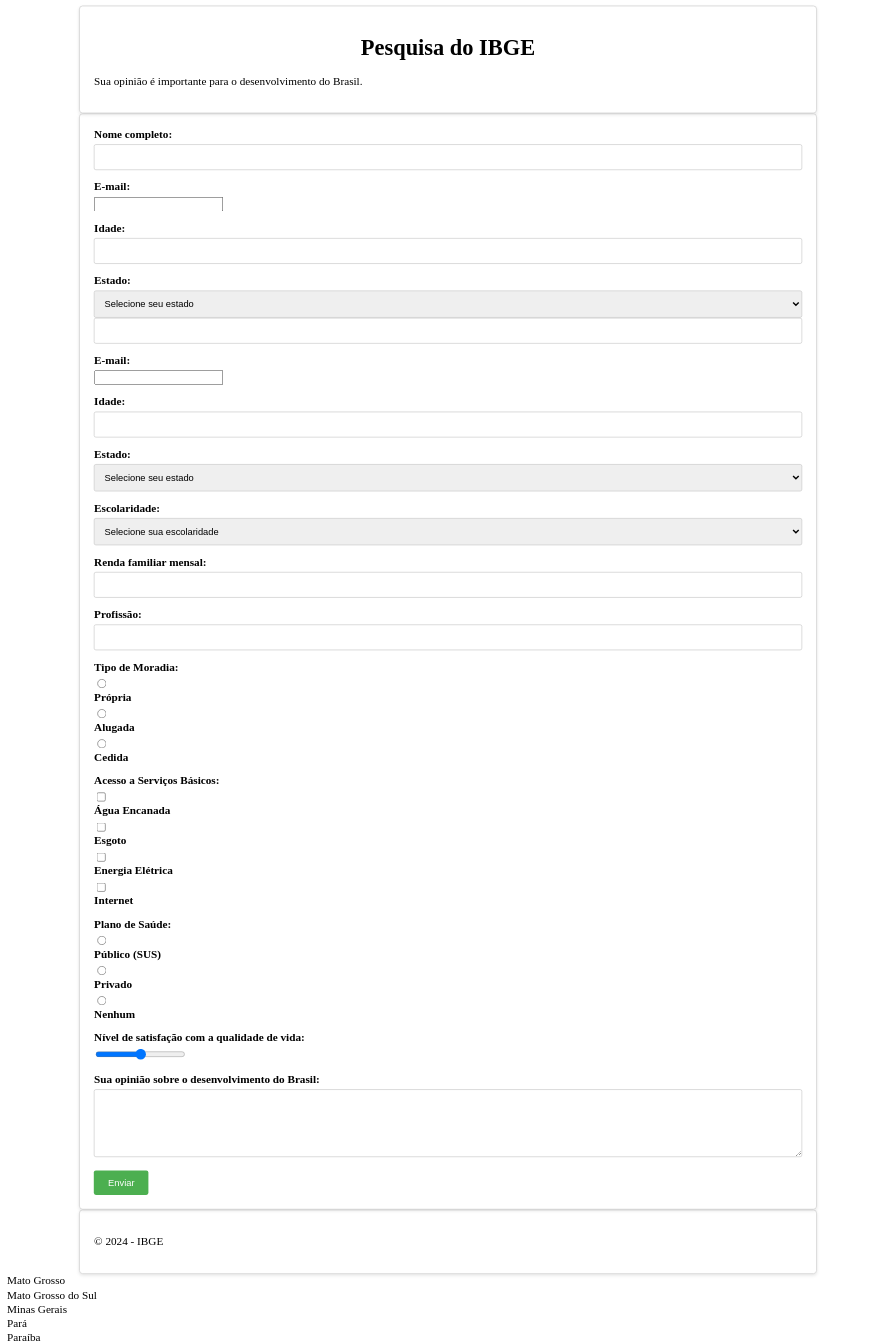
Repository: Gabrielb0rn/Projeto-Formul-rio.io
Page: index.html
The author's editor kept a copy of each file at every save. The page is drawn from the files as they stood at one save, then again after the next save.
The browser window is 1280 px wide. The pictures show the part of the page from y = 0 to 1920 px (the page is 2650 px tall before and 2378 px after), at 70% of full size.

Above is the page before, as saved 2024-06-27 11:45:20.
Not found: assets/script.js

### index.html

<!DOCTYPE html>
<html lang="pt-BR">
<head>
    <meta charset="UTF-8">
    <meta name="viewport" content="width=device-width, initial-scale=1.0">
    <title>Pesquisa do IBGE</title>
    <link rel="stylesheet" href="assets/style.css">
</head>
<body>
    <header>
        <div class="container">
            <h1>Pesquisa do IBGE</h1>
            <p>Sua opinião é importante para o desenvolvimento do Brasil.</p>
        </div>
    </header>
    <main>
        <div class="container">
            <form id="form">
                <div class="form-group">
                    <label for="nome">Nome completo:</label>
                    <input type="text" id="nome" name="nome" required>
                </div>
                <div class="form-group">
                    <label for="email">E-mail:</label>
                    <input type="email" id="email" name="email" required>
                </div>
                <div class="form-group">
                    <label for="idade">Idade:</label>
                    <input type="number" id="idade" name="idade" required>
                </div>
                <div class="form-group">
                    <label for="estado">Estado:</label>
                    <select id="estado" name="estado" required>
                        <option value="">Selecione seu estado</option>
                        <option value="AC">Acre</option>
                        <option value="AL">Alagoas</option>
                        <option value="AP">Amapá</option>
                        <option value="AM">Amazonas</option>
                        <option value="BA">Bahia</option>
                        <option value="CE">Ceará</option>
                        <option value="DF">Distrito Federal</option>
                        <option value="ES">Espírito Santo</option>
                        <option value="GO">Goiás</option>
                        <option value="MA">Maranhão</option><!DOCTYPE html>
                        <html lang="pt-BR">
                        <head>
                            <meta charset="UTF-8">
                            <meta name="viewport" content="width=device-width, initial-scale=1.0">
                            <title>Pesquisa do IBGE</title>
                            <link rel="stylesheet" href="assets/style.css">
                        </head>
                        <body>
                            <header>
                                <div class="container">
                                    <h1>Pesquisa do IBGE</h1>
                                    <p>Sua opinião é importante para o desenvolvimento do Brasil.</p>
                                </div>
                            </header>
                            <main>
                                <div class="container">
                                    <form id="form">
                                        <div class="form-group">
                                            <label for="nome">Nome completo:</label>
                                            <input type="text" id="nome" name="nome" required>
                                        </div>
                                        <div class="form-group">
                                            <label for="email">E-mail:</label>
                                            <input type="email" id="email" name="email" required>
                                        </div>
                                        <div class="form-group">
                                            <label for="idade">Idade:</label>
                                            <input type="number" id="idade" name="idade" required>
                                        </div>
                                        <div class="form-group">
                                            <label for="estado">Estado:</label>
                                            <select id="estado" name="estado" required>
                                                <option value="">Selecione seu estado</option>
                                                <option value="AC">Acre</option>
                                                </option>
                                                </select>
                                        </div>
                                        <div class="form-group">
                                            <label for="escolaridade">Escolaridade:</label>
                                            <select id="escolaridade" name="escolaridade" required>
                                                <option value="">Selecione sua escolaridade</option>
                                                <option value="Fundamental Incompleto">Fundamental Incompleto</option>
                                                <option value="Fundamental Completo">Fundamental Completo</option>
                                                <option value="Médio Incompleto">Médio Incompleto</option>
                                                <option value="Médio Completo">Médio Completo</option>
                                                <option value="Superior Incompleto">Superior Incompleto</option>
                                                <option value="Superior Completo">Superior Completo</option>
                                                <option value="Pós-Graduação">Pós-Graduação</option>
                                            </select>
                                        </div>
                                        <div class="form-group">
                                            <label for="renda">Renda familiar mensal:</label>
                                            <input type="number" id="renda" name="renda" required>
                                        </div>
                                        <div class="form-group">
                                            <label for="profissao">Profissão:</label>
                                            <input type="text" id="profissao" name="profissao">
                                        </div>
                                        <div class="form-group">
                                            <label>Tipo de Moradia:</label>
                                            <div>
                                                <input type="radio" id="propria" name="moradia" value="propria">
                                                <label for="propria">Própria</label>
                                            </div>
                                            <div>
                                                <input type="radio" id="alugada" name="moradia" value="alugada">
                                                <label for="alugada">Alugada</label>
                                            </div>
                                            <div>
                                                <input type="radio" id="cedida" name="moradia" value="cedida">
                                                <label for="cedida">Cedida</label>
                                            </div>
                                        </div>
                                        <div class="form-group">
                                            <label>Acesso a Serviços Básicos:</label>
                                            <div>
                                                <input type="checkbox" id="agua" name="servicos" value="agua">
                                                <label for="agua">Água Encanada</label>
                                            </div>
                                            <div>
                                                <input type="checkbox" id="esgoto" name="servicos" value="esgoto">
                                                <label for="esgoto">Esgoto</label>
                                            </div>
                                            <div>
                                                <input type="checkbox" id="energia" name="servicos" value="energia">
                                                <label for="energia">Energia Elétrica</label>
                                            </div>
                                            <div>
                                                <input type="checkbox" id="internet" name="servicos" value="internet">
                                                <label for="internet">Internet</label>
                                            </div>
                                        </div>
                                        <div class="form-group">
                                            <label>Plano de Saúde:</label>
                                            <div>
                                                <input type="radio" id="publico" name="saude" value="publico">
                                                <label for="publico">Público (SUS)</label>
                                            </div>
                                            <div>
                                                <input type="radio" id="privado" name="saude" value="privado">
                                                <label for="privado">Privado</label>
                                            </div>
                                            <div>
                                                <input type="radio" id="nenhum" name="saude" value="nenhum">
                                                <label for="nenhum">Nenhum</label>
                                            </div>
                                        </div>
                                        <div class="form-group">
                                            <label for="satisfacao">Nível de satisfação com a qualidade de vida:</label>
                                            <input type="range" id="satisfacao" name="satisfacao" min="1" max="5" required>
                                        </div>
                                        <div class="form-group">
                                            <label for="opiniao">Sua opinião sobre o desenvolvimento do Brasil:</label>
                                            <textarea id="opiniao" name="opiniao" rows="5" required></textarea>
                                        </div>
                                        <button type="submit">Enviar</button>
                                    </form>
                                </div>
                            </main>
                            <footer>
                                <div class="container">
                                    <p>&copy; 2024 - IBGE</p>
                                </div>
                            </footer>
                            <script src="assets/script.js"></script>
                        </body>
                        </html>

                        <option value="MT">Mato Grosso</option>
                        <option value="MS">Mato Grosso do Sul</option>
                        <option value="MG">Minas Gerais</option>
                        <option value="PA">Pará</option>
                        <option value="PB">Paraíba</option>
                        <option value="PR">Paraná</option>
                        <option value="PE">Pernambuco</option>
                        <option value="PI">Piauí</option>
                        <option value="RJ">Rio de Janeiro</option>
                        <option value="RN">Rio Grande do Norte</option>
                        <option value="RS">Rio Grande do Sul</option>
                        <option value="RO">Rondônia</option>
                        <option value="RR">Roraima</option>
                        <option value="SC">Santa Catarina</option>
                        <option value="SP">São Paulo</option>
                        <option value="SE">Sergipe</option>
                        <option value="TO">Tocantins</option>
                    </select>
                </div>
                <div class="form-group">
                    <label for="escolaridade">Escolaridade:</label>
                    <select id="escolaridade" name="escolaridade" required>
                        <option value="">Selecione sua escolaridade</option>
                        <option value="Fundamental Incompleto">Fundamental Incompleto</option>
                        <option value="Fundamental Completo">Fundamental Completo</option>
                        <option value="Médio Incompleto">Médio Incompleto</option>
                        <option value="Médio Completo">Médio Completo</option>
                        <option value="Superior Incompleto">Superior Incompleto</option>
                        <option value="Superior Completo">Superior Completo</option>
                        <option value="Pós-Graduação">Pós-Graduação</option>
                    </select>
                </div>
                <div class="form-group">
                    <label for="renda">Renda familiar mensal:</label>
                    <input type="number" id="renda" name="renda" required>
                </div>
                <div class="form-group">
                    <label for="satisfacao">Nível de satisfação com a qualidade de vida:</label>
                    <input type="range" id="satisfacao" name="satisfacao" min="1" max="5" required>
                </div>
                <div class="form-group">
                    <label for="opiniao">Sua opinião sobre o desenvolvimento do Brasil:</label>
                    <textarea id="opiniao" name="opiniao" rows="5" required></textarea>
                </div>
                <button type="submit">Enviar</button>
            </form>
        </div>
    </main>
    <footer>
        <div class="container">
            <p>&copy; 2024 - IBGE</p>
        </div>
    </footer>
    <script src="assets/script.js"></script>
</body>
</html>

### assets/style.css
.container {
    width: 80%;
    margin: 0 auto;
    padding: 20px;
    border: 1px solid #ccc;
    border-radius: 5px;
    box-shadow: 0 2px 5px rgba(0, 0, 0, 0.1);
}

h1 {
    text-align: center;
    margin-bottom: 20px;
}

.form-group {
    margin-bottom: 15px;
}

label {
    display: block;
    margin-bottom: 5px;
    font-weight: bold;
}

input[type="text"],
input[type="date"],
input[type="number"],
select,
textarea {
    width: 100%;
    padding: 10px;
    border: 1px solid #ccc;
    border-radius: 3px;
    box-sizing: border-box;
}

input[type="radio"],
input[type="checkbox"] {
    margin-right: 5px;
}

button[type="submit"] {
    background-color: #4CAF50;
    color: white;
    padding: 10px 20px;
    border: none;
    border-radius: 3px;
    cursor: pointer;
}

After the next save:
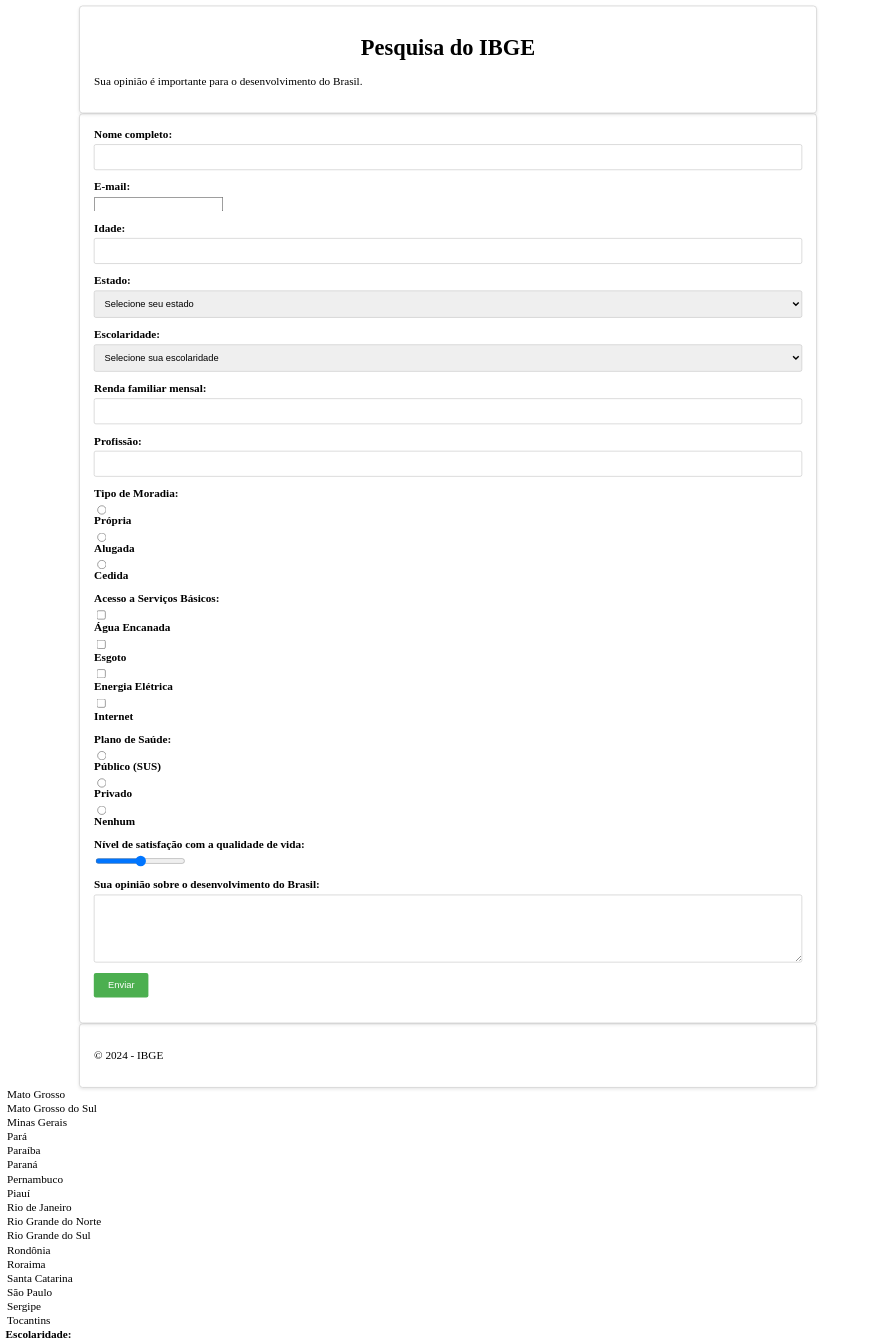
Saved 104 s later.
--- a/index.html
+++ b/index.html
@@ -1,4 +1,4 @@
-
+<!--
 <!DOCTYPE html>
 <html lang="pt-BR">
 <head>
@@ -42,7 +42,7 @@
                         <option value="DF">Distrito Federal</option>
                         <option value="ES">Espírito Santo</option>
                         <option value="GO">Goiás</option>
-                        <option value="MA">Maranhão</option><!DOCTYPE html>
+                        <option value="MA">Maranhão</option><!DOCTYPE html> -->
                         <html lang="pt-BR">
                         <head>
                             <meta charset="UTF-8">

After the save that followed:
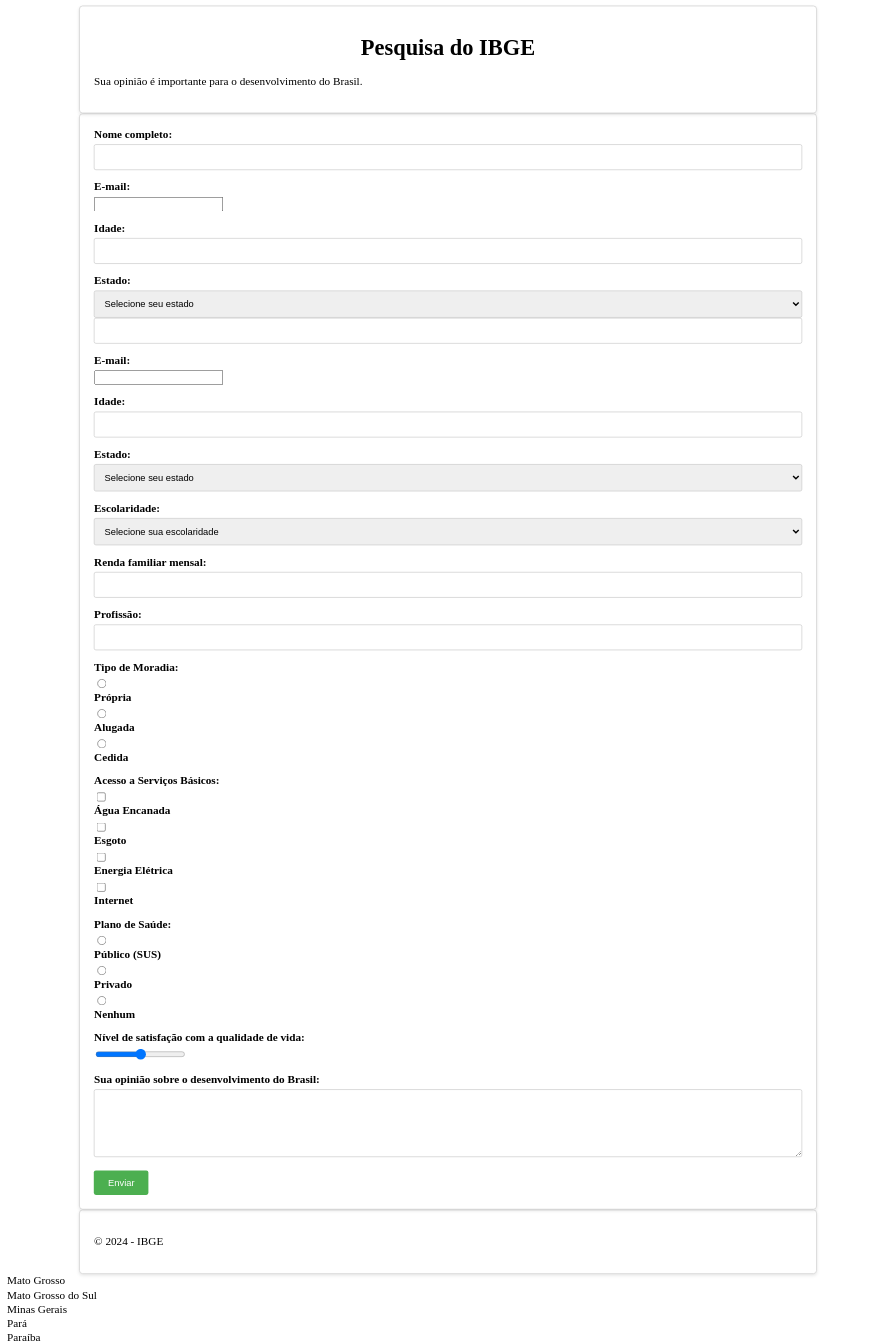
Saved 14 s later.
--- a/index.html
+++ b/index.html
@@ -1,4 +1,4 @@
-<!--
+
 <!DOCTYPE html>
 <html lang="pt-BR">
 <head>
@@ -42,7 +42,7 @@
                         <option value="DF">Distrito Federal</option>
                         <option value="ES">Espírito Santo</option>
                         <option value="GO">Goiás</option>
-                        <option value="MA">Maranhão</option><!DOCTYPE html> -->
+                        <option value="MA">Maranhão</option><!DOCTYPE html>
                         <html lang="pt-BR">
                         <head>
                             <meta charset="UTF-8">
